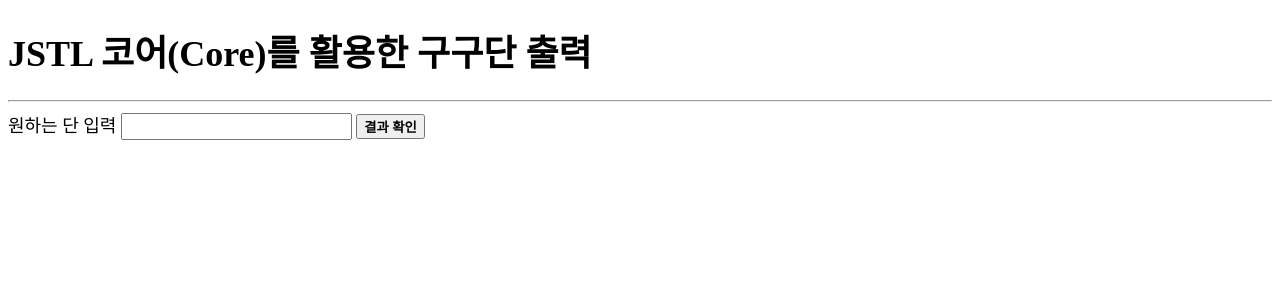
Repository: onpul/Web
Page: http://localhost/WebApp22/Gugudan.jsp
These files come from the project's save history. The page is drawn as it stood at one moment and after the next save; the edit follows.
The browser window is 1280 px wide. The pictures show the whole page.
The page is served by Tomcat 9. Other server files are loaded and not shown.

Above is the page before, as saved 2022-04-29 07:48:29.

### WebApp22/WebContent/Gugudan.jsp
<%@ page contentType="text/html; charset=UTF-8"%>
<%@ taglib prefix="c" uri="http://java.sun.com/jsp/jstl/core"%>
<%
	request.setCharacterEncoding("UTF-8");
	String cp = request.getContextPath();
%>
<!DOCTYPE html>
<html>
<head>
<meta charset="UTF-8">
<title>Gugudan.jsp</title>
<link rel="stylesheet" type="text/css" href="<%=cp %>/css/main.css">
</head>
<body>

<!-- 원하는 단을 입력받아 구구단을 출력하는 JSP 페이지를 구성한다.
     단, JSTL Core if 문과 forEach 구문을 활용한다. -->

<div>
	<h1>JSTL 코어(Core)를 활용한 구구단 출력</h1>
	<hr>
</div>

<div>
	<form action="">
		원하는 단 입력 <input type="text" name="dan" class="txt"/>

		<button type="submit" class="btn">결과 확인</button>
	</form>
</div>

<div>
	<!-- 결과 처리 -->

</div>

</body>
</html>

### WebApp22/WebContent/css/main.css
@charset "UTF-8";

*
{
	font-family: 맑은고딕;
	color: black;
}

body, p, div, span, input, table, th, td, select
{
	font-size: 18px;
}

.control
{
	border: 1px solid gray;
	border-radius: 3px;
}

.table
{
	border-collapse: collapse;
	width: 100%;
}

.table th, .table td
{
	border: 1px solid gray;
	border-left: 0px;
	border-right: 0px;
	padding: 3px;
	line-height: 150%;
}

.table th
{
	font-weight: bold;
	background-color: #eeeeee;
}

.btn
{
	font-weight: bold;
}

.btn:hover
{
	color: white;
	background-color: #787;
}

After the next save:
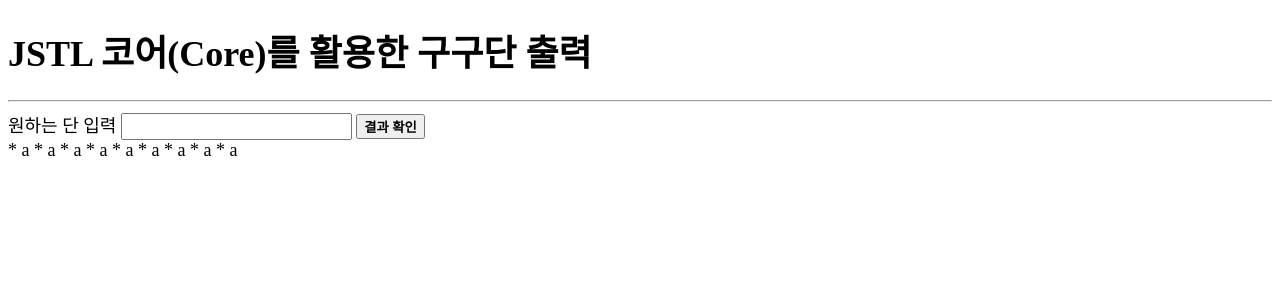
Saved 10 min 5 s later.
--- a/WebApp22/WebContent/Gugudan.jsp
+++ b/WebApp22/WebContent/Gugudan.jsp
@@ -31,7 +31,9 @@
 
 <div>
 	<!-- 결과 처리 -->
-
+	<c:forEach var="a" begin="1" end="9" step="1">
+		${dan } * a
+	</c:forEach>
 </div>
 
 </body>
